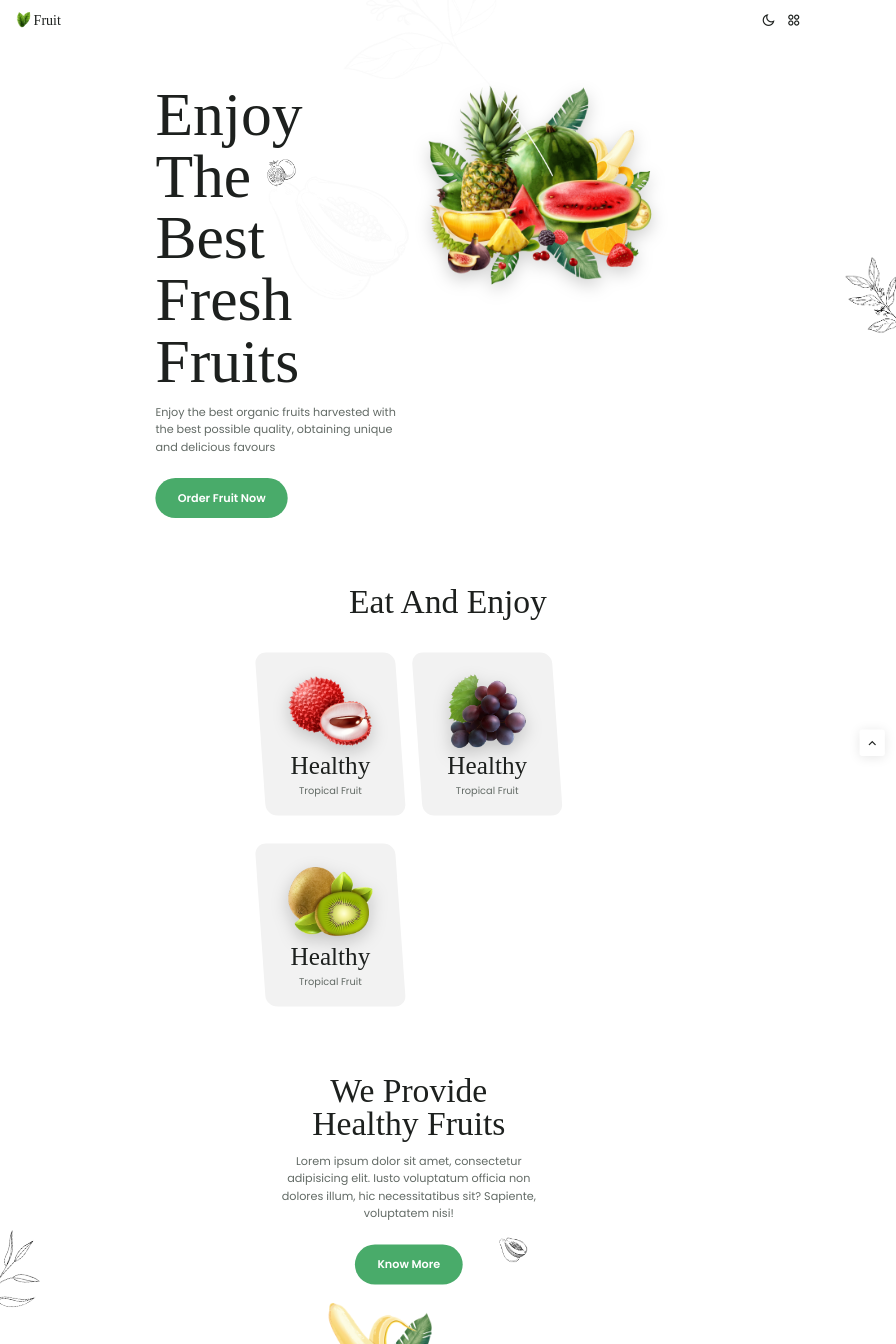
Repository: dinhhaidh/fruit
Page: index.html
An editor plug-in stored every save of this project. The page is shown before and after the next save, followed by the edit.
The browser window is 1280 px wide. The pictures show the part of the page from y = 0 to 1920 px (the page is 5338 px tall), at 70% of full size.
Some web fonts or font styles are not loaded; a fallback is used.

Above is the page before, as saved 2024-02-19 16:29:36.
Console error: ReferenceError: ScrollReveal is not defined

After the next save:
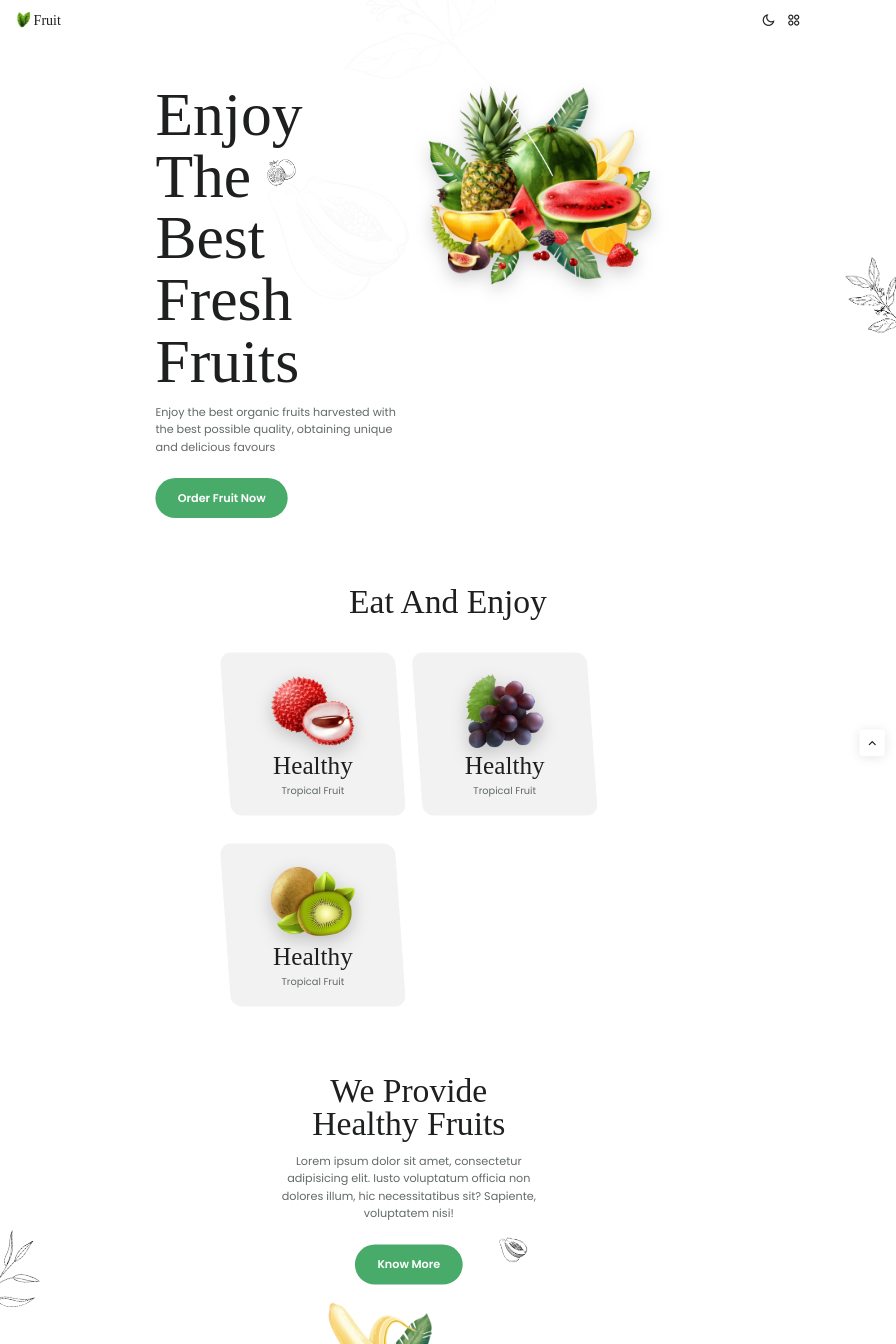
Saved 23 s later.
--- a/css/style.css
+++ b/css/style.css
@@ -714,7 +714,7 @@ img {
         left: 10rem;
     }
     .enjoy__container {
-        grid-template-columns: repeat(2, max-content);
+        grid-template-columns: repeat(2, 250px);
     }
 }
 
